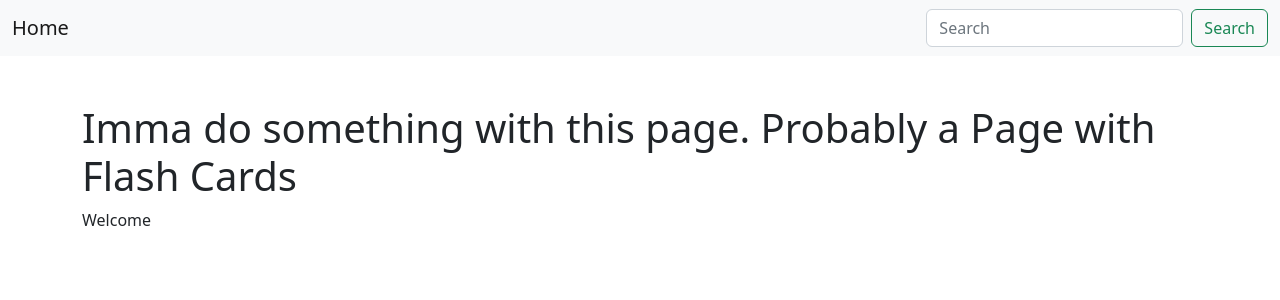
Repository: Junholee369/Junho_Lee_Capstone
Page: http://localhost/index
An editor plug-in stored every save of this project. The page is shown before and after the next save, followed by the edit.
The browser window is 1280 px wide. The pictures show the whole page.
The page is this project's Thymeleaf template; nobody is signed in. The template is opened directly, without the code that normally fills it, so the values that code supplies are empty.

Above is the page before, as saved 2022-06-24 16:17:39.

### Inventory_Management_Capstone/src/main/resources/templates/index.html
<!DOCTYPE html>
<html xmlns:th="http://www.thymeleaf.org"
	xmlns:sec="http://www.thymeleaf.org/thymeleaf-extras-springsecurity3">
<head>
<meta charset="ISO-8859-1">
<title>Registration and Login App</title>

<link
	href="https://cdn.jsdelivr.net/npm/bootstrap@5.2.0-beta1/dist/css/bootstrap.min.css"
	rel="stylesheet"
	integrity="sha384-0evHe/X+R7YkIZDRvuzKMRqM+OrBnVFBL6DOitfPri4tjfHxaWutUpFmBp4vmVor"
	crossorigin="anonymous" />

</head>
<body>
	<!-- create navigation bar ( header) -->
<!-- 	<nav class="navbar navbar-inverse navbar-fixed-top">
		<div class="container">
			<div class="navbar-header">
				<button type="button" class="navbar-toggle collapsed"
					data-toggle="collapse" data-target="#navbar" aria-expanded="false"
					aria-controls="navbar">
					<span class="sr-only">Toggle navigation</span> <span
						class="icon-bar"></span> <span class="icon-bar"></span> <span
						class="icon-bar"></span>
				</button>
				<a class="navbar-brand" href="#" th:href="@{/}">Home</a>
			</div>
			<div id="navbar" class="collapse navbar-collapse">
				<ul class="nav navbar-nav">
					<li sec:authorize="isAuthenticated()"><a th:href="@{/logout}">Logout</a></li>
				</ul>
				<ul class="nav navbar-nav">
					<li sec:authorize="isAuthenticated()"><a
						th:href="@{/products}">products</a></li>
				</ul>
			</div>
		</div>
	</nav>
	 -->

	<nav class="navbar navbar-expand-lg bg-light">
  <div class="container-fluid">

   <!--Icon on the very left  -->
    <a class="navbar-brand" href="#" th:href="@{/}">Home</a>

    <button class="navbar-toggler" type="button" data-bs-toggle="collapse" data-bs-target="#navbarSupportedContent"
    aria-controls="navbarSupportedContent" aria-expanded="false" aria-label="Toggle navigation">
      <span class="navbar-toggler-icon"></span>
    </button>

    <div class="collapse navbar-collapse" id="navbarSupportedContent">
      <ul class="navbar-nav me-auto mb-2 mb-lg-0">


        <li class="nav-item" sec:authorize="isAuthenticated()">
          <a class="nav-link active" aria-current="page"  th:href="@{/products}">Product</a>
        </li>
        <li class="nav-item" sec:authorize="isAuthenticated()">
          <a class="nav-link active" aria-current="page"  th:href="@{/logout}">Logout</a>
        </li>



      </ul>
      <form class="d-flex" role="search">
        <input class="form-control me-2" type="search" placeholder="Search" aria-label="Search">
        <button class="btn btn-outline-success" type="submit">Search</button>
      </form>
    </div>
  </div>
</nav>

	<br>
	<br>

	<div class="container">
		<h1>Imma do something with this page. Probably a Page with Flash
			Cards</h1>
		Welcome <span sec:authentication="principal.username"> User</span>
	</div>

	<script
        src="https://cdn.jsdelivr.net/npm/bootstrap@5.2.0-beta1/dist/js/bootstrap.bundle.min.js"
        integrity="sha384-pprn3073KE6tl6bjs2QrFaJGz5/SUsLqktiwsUTF55Jfv3qYSDhgCecCxMW52nD2"
        crossorigin="anonymous"
></script>
</body>
</html>

After the next save:
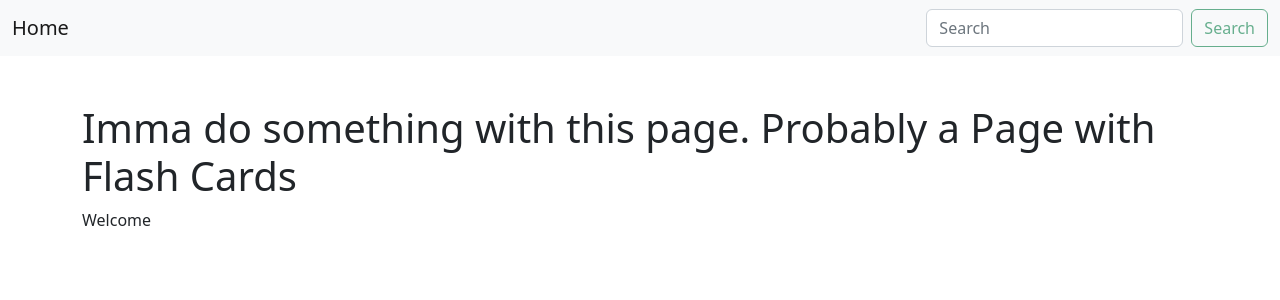
Saved 2 min 34 s later.
--- a/Inventory_Management_Capstone/src/main/resources/templates/index.html
+++ b/Inventory_Management_Capstone/src/main/resources/templates/index.html
@@ -14,30 +14,6 @@
 </head>
 <body>
 	<!-- create navigation bar ( header) -->
-<!-- 	<nav class="navbar navbar-inverse navbar-fixed-top">
-		<div class="container">
-			<div class="navbar-header">
-				<button type="button" class="navbar-toggle collapsed"
-					data-toggle="collapse" data-target="#navbar" aria-expanded="false"
-					aria-controls="navbar">
-					<span class="sr-only">Toggle navigation</span> <span
-						class="icon-bar"></span> <span class="icon-bar"></span> <span
-						class="icon-bar"></span>
-				</button>
-				<a class="navbar-brand" href="#" th:href="@{/}">Home</a>
-			</div>
-			<div id="navbar" class="collapse navbar-collapse">
-				<ul class="nav navbar-nav">
-					<li sec:authorize="isAuthenticated()"><a th:href="@{/logout}">Logout</a></li>
-				</ul>
-				<ul class="nav navbar-nav">
-					<li sec:authorize="isAuthenticated()"><a
-						th:href="@{/products}">products</a></li>
-				</ul>
-			</div>
-		</div>
-	</nav>
-	 -->
 
 	<nav class="navbar navbar-expand-lg bg-light">
   <div class="container-fluid">
@@ -62,11 +38,10 @@
         </li>
 
 
-
       </ul>
       <form class="d-flex" role="search">
         <input class="form-control me-2" type="search" placeholder="Search" aria-label="Search">
-        <button class="btn btn-outline-success" type="submit">Search</button>
+        <button class="btn btn-outline-success disabled" type="submit">Search</button>
       </form>
     </div>
   </div>
